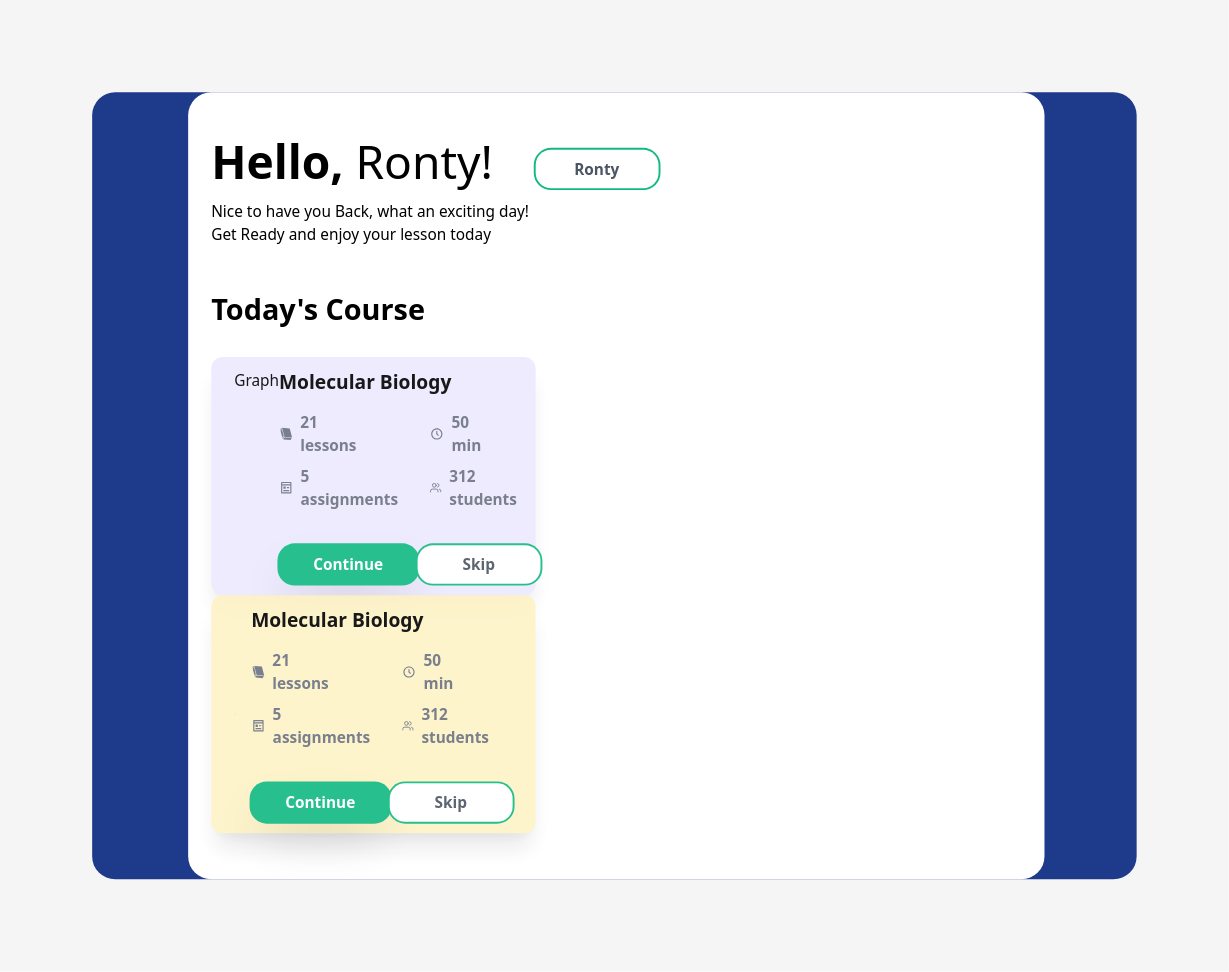
Repository: coolronts/Vite-Tailwind
Page: /
These files come from the project's save history. The page is drawn as it stood at one moment and after the next save; the edit follows.
The browser window is 1280 px wide. The pictures show the whole page, at 96% of full size.
The project was rebuilt for these pictures with package versions that can differ from the ones it lists, and the page was loaded fresh each time. Also part of the build but not shown: vite.config.js.

Above is the page before, as saved 2021-11-26 13:57:05.

### src/App.jsx
import './App.css'

import {Course, Intro} from './Section'
import { PrimaryButton, SecondaryButton } from './components/Button'

import Class from './Section/Class'
import {PrimaryCard} from './components/Card'
import SplitScreen from './components/SplitScreen'

function App() {

  return (

    <div className="App ">
      <div className="pl-1 bg-blue-900 m-24 rounded-3xl">
      <div className="bg-white my-12 mx-24 rounded-3xl px-6 py-12">
      <SplitScreen leftWeight = 'w-2/5'>
        <div id="left">
          <Intro/>
          <div id="course">
            <p className="text-3xl font-bold  font-sans mb-8">Today's Course</p>
            <PrimaryCard>
              <Course/>
            </PrimaryCard>
            <PrimaryCard color="yellow">
              <Class/>
            </PrimaryCard>
          </div>
        </div>

        <div id="right">
          <SecondaryButton name="Ronty"/>
        </div>


        </SplitScreen>
        </div>
      </div>
      </div>
  )
}

export default App

### src/Section/index.js
import Course from "./Course";
import Intro from "./Intro";

export { Intro, Course };

### src/components/Button/index.jsx
import React from 'react'

export const PrimaryButton = ({name}) =>{
  return (
    <button className="bg-green-500 w-36 py-2 ring-2 ring-green-500 text-white text-md font-semibold shadow-2xl rounded-2xl mt-3">
      {name}
    </button>
  )
}

export const SecondaryButton = ({name}) =>{
  return (
    <button className="bg-white w-32 py-2 ring-2 ring-green-500 text-gray-600 text-md font-semibold  rounded-2xl mt-3">
      {name}
    </button>
  )
}

### src/Section/Class/index.jsx
import {PrimaryButton, SecondaryButton} from '../../components/Button'

import { BiTimeFive } from 'react-icons/bi'
import {FiUsers} from 'react-icons/fi'
import { GiWhiteBook } from 'react-icons/gi'
import React from 'react'
import { RiPagesLine } from 'react-icons/ri'
import SplitScreen from '../../components/SplitScreen'

export default function Class({
  course = "Molecular Biology",
  lessons = "21",
  assignments = "5",
  time = "50",
  students = "312"
}) {
  return (
    <SplitScreen leftWeight = 'w-1/3 mr-4' rightWeight = 'w-full'>
      <div id="left" className="flex flex-col justify-center h-full ">
        <img className="rounded-2xl" src="data:[embedded picture, 7543 characters]" alt=""/>
      </div>
      <div id="right">
        <h4 className="font-bold text-xl mb-4">{course}</h4>
        <div className="flex flex-col w-5/6">
          <div className="flex  text-gray-500 font-semibold mb-2">
            <p className="flex items-center mr-16"> <GiWhiteBook className="mr-2"/>  {lessons} lessons</p>
            <p className="flex items-center"> <BiTimeFive className="mr-2"/>  {time} min</p>
          </div>
          <div className="flex  text-gray-500 font-semibold text-left">
            <p className="flex items-center mr-8"> <RiPagesLine className="mr-2"/>  {assignments} assignments</p>
            <p className="flex items-center"> <FiUsers className="mr-2"/>  {students} students</p>
          </div>
        </div>
        <div className="flex justify-around mt-6">
          <PrimaryButton name="Continue" />
          <SecondaryButton name="Skip" />
        </div>
      </div>
    </SplitScreen>
  )
}

### src/components/Card/index.jsx
import React from 'react'

export const PrimaryCard =({children, color="purple"}) => {
  return (
    <div className={`bg-${color}-100 py-3 px-6 rounded-xl shadow-xl opacity-90`}>
      {children}
    </div>
  )
}

### src/components/SplitScreen/index.jsx
import PropTypes from 'prop-types'
import React from "react"
import tw from "tailwind-styled-components"

const Container = tw.div`${(props) => props.weight}`;

const Pane = tw.div`${(props) => props.weight}`;

const SplitScreen = ({
	children,
	containerWeight = 'flex w-full',
  leftWeight = 'w-1/2',
	rightWeight = 'w-1/2',
}) => {
	const [left, right] = children;
	return (
		<Container className={containerWeight}>
			<Pane className={leftWeight}>
				{left}
			</Pane>
			<Pane className={rightWeight}>
				{right}
			</Pane>
		</Container>
	);
}

export default SplitScreen

SplitScreen.propTypes = {
	children: PropTypes.arrayOf(PropTypes.node).isRequired,
	containerWeight: PropTypes.string,
	leftWeight: PropTypes.string,
	rightWeight: PropTypes.string,
}

### src/Section/Course/index.jsx
import {PrimaryButton, SecondaryButton} from '../../components/Button'

import {BiTimeFive} from 'react-icons/bi'
import {FiUsers} from 'react-icons/fi'
import { GiWhiteBook } from 'react-icons/gi'
import React from 'react'
import { RiPagesLine } from 'react-icons/ri'
import SplitScreen from '../../components/SplitScreen'

export default function Course({
  course = "Molecular Biology",
  lessons = "21",
  assignments = "5",
  time = "50",
  students = "312"
}) {
  return (
    <SplitScreen leftWeight = 'w-1/5' rightWeight = 'w-full'>
      <div id="left">
        Graph
      </div>
      <div id="right">
        <h4 className="font-bold text-xl mb-4">{course}</h4>
        <div className="flex flex-col w-5/6">
          <div className="flex  text-gray-500 font-semibold mb-2">
            <p className="flex items-center mr-16"> <GiWhiteBook className="mr-2"/>  {lessons} lessons</p>
            <p className="flex items-center"> <BiTimeFive className="mr-2"/>  {time} min</p>
          </div>
          <div className="flex  text-gray-500 font-semibold text-left">
            <p className="flex items-center mr-8"> <RiPagesLine className="mr-2"/>  {assignments} assignments</p>
            <p className="flex items-center"> <FiUsers className="mr-2"/>  {students} students</p>
          </div>
        </div>
        <div className="flex justify-around mt-6">
          <PrimaryButton name="Continue" />
          <SecondaryButton name="Skip" />
        </div>
      </div>
    </SplitScreen>
  )
}

### src/Section/Intro/index.jsx
import React from 'react'

export default function Intro({name}) {
  return (
    <div className="mb-12">
      <h3 className="text-5xl font-sans font-bold mb-4">Hello, <span className="font-light">Ronty!</span> </h3>
      <div className="font-semibold tracking-wide text-gray-500">

      </div>
      <h5>Nice to have you Back, what an exciting day!</h5>
      <h5>Get Ready and enjoy your lesson today</h5>
    </div>
  )
}

Loaded but not shown: index.html (common file); src/main.jsx (common file); src/index.css (common file); src/App.css (common file); tailwind.config.js (common file)

After the next save:
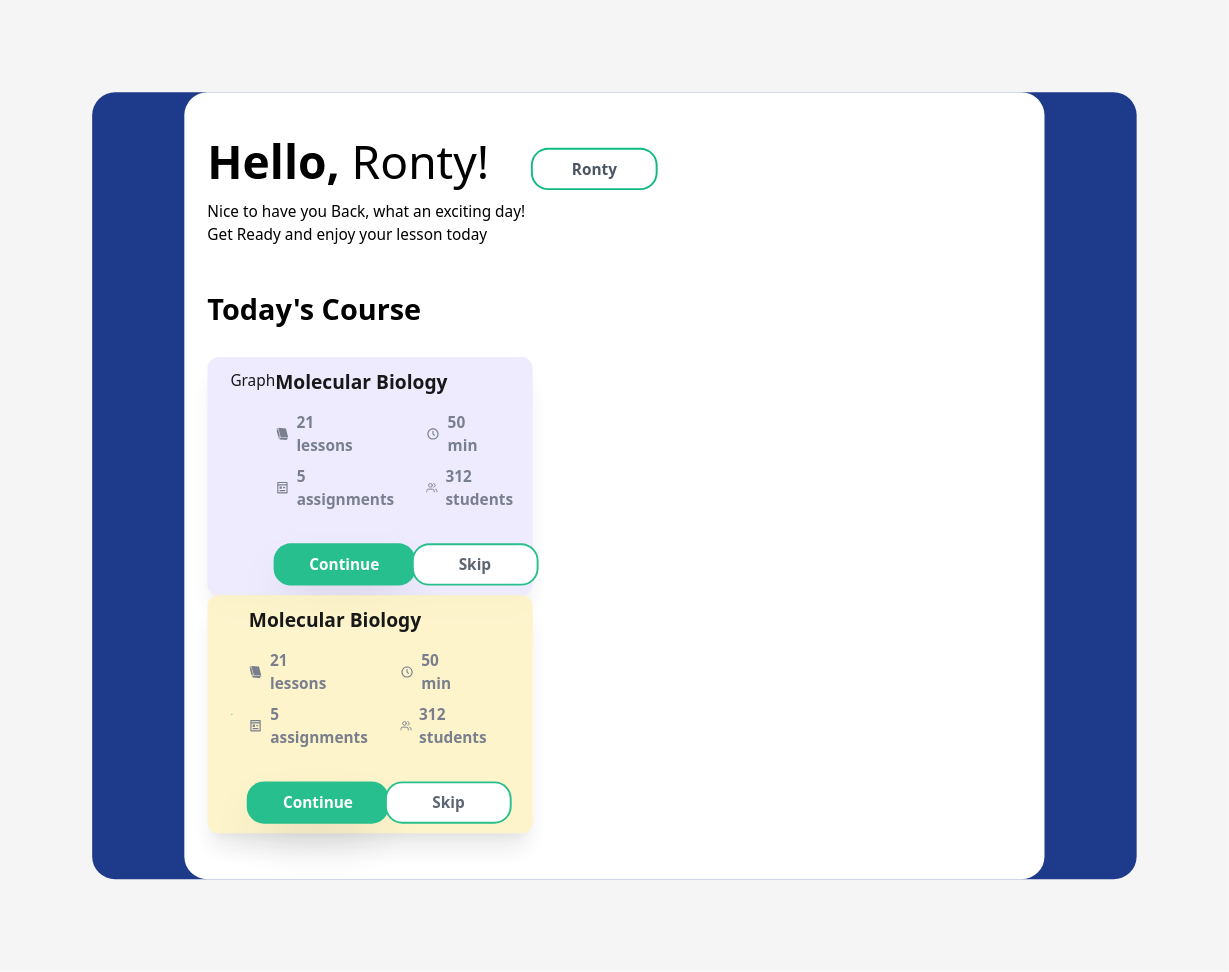
Saved 7 s later.
--- a/src/App.jsx
+++ b/src/App.jsx
@@ -12,7 +12,7 @@ function App() {
   return (
 
     <div className="App ">
-      <div className="pl-1 bg-blue-900 m-24 rounded-3xl">
+      <div className=" bg-blue-900 m-24 rounded-3xl">
       <div className="bg-white my-12 mx-24 rounded-3xl px-6 py-12">
       <SplitScreen leftWeight = 'w-2/5'>
         <div id="left">
